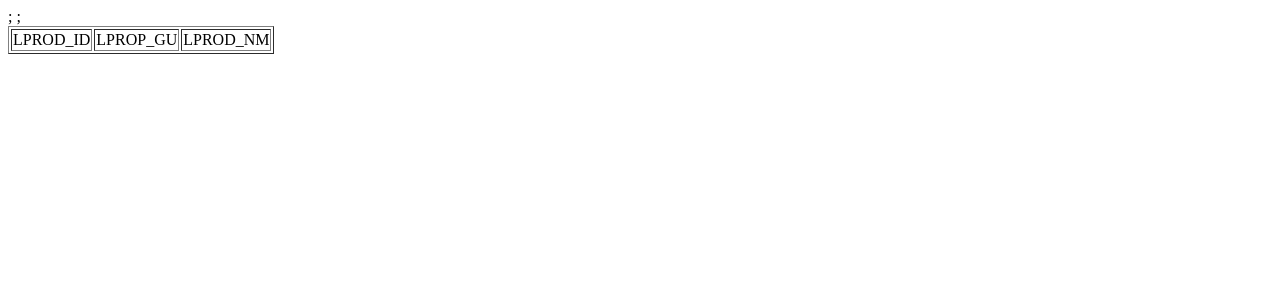
Repository: jinsoo115/jquery
Page: http://localhost/jqpro/0203/lprodtable.jsp
These files come from the project's save history. The page is drawn as it stood at one moment and after the next save; the edit follows.
The browser window is 1280 px wide. The pictures show the whole page.
The page is served by Tomcat 9. Queries for data that is not in the repository find no rows.

Above is the page before, as saved 2021-02-03 02:26:57.

After the next save:
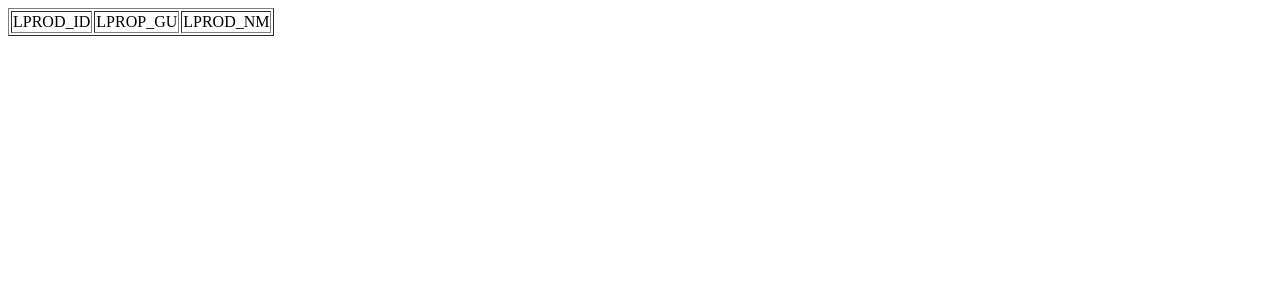
Saved 5 min 58 s later.
--- a/jqpro/WebContent/0203/lprodtable.jsp
+++ b/jqpro/WebContent/0203/lprodtable.jsp
@@ -8,8 +8,8 @@
 
 List<LprodVO> list = smc.queryForList("lprod.selectLprod");
 %>
-<table border='1'>;
-<tr id='f1'><td>LPROD_ID</td><td>LPROP_GU</td><td>LPROD_NM</td></tr>;
+<table border='1'>
+<tr id='f1'><td>LPROD_ID</td><td>LPROP_GU</td><td>LPROD_NM</td></tr>
 <%
 	for(int i = 0; i < list.size(); i++){
 		LprodVO vo = list.get(i);
